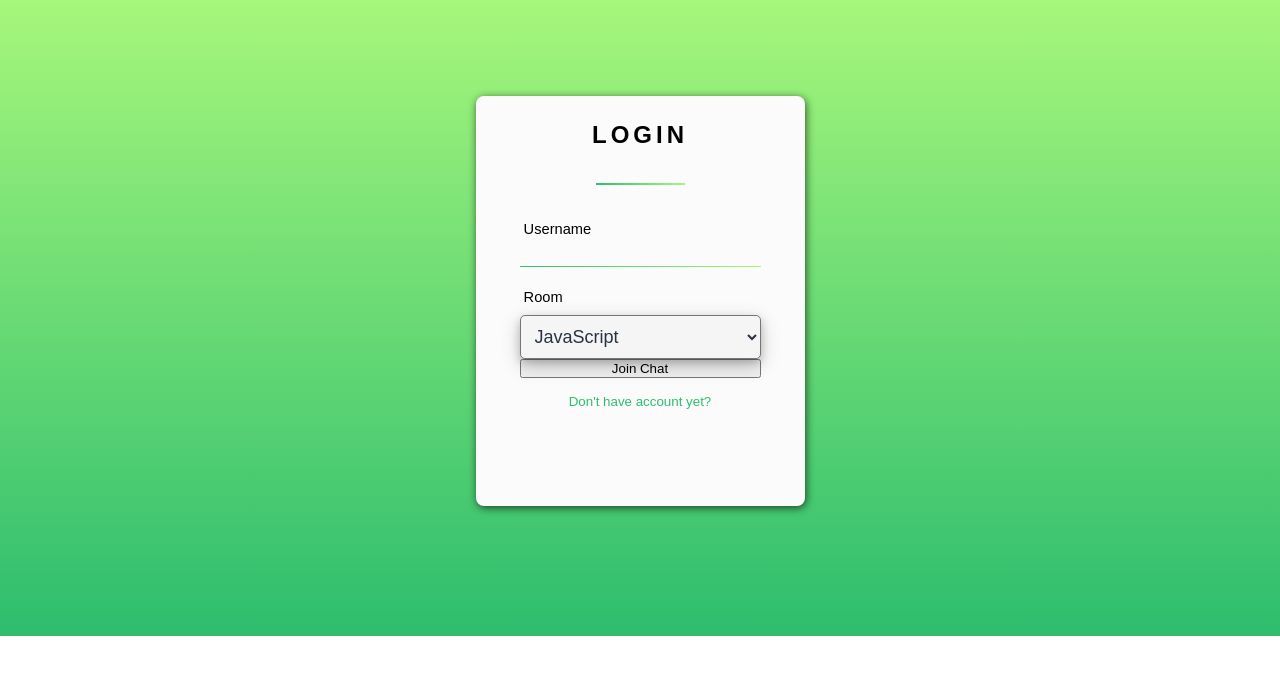
Repository: satyam12116/chat
Page: public/index.html
The author's editor kept a copy of each file at every save. The page is drawn from the files as they stood at one save, then again after a run of saves.
The browser window is 1280 px wide. The pictures show the whole page.
Some web libraries are served in a nearby version.

Above is the page before, as saved 2023-03-26 11:46:18.

After the next 2 saves:
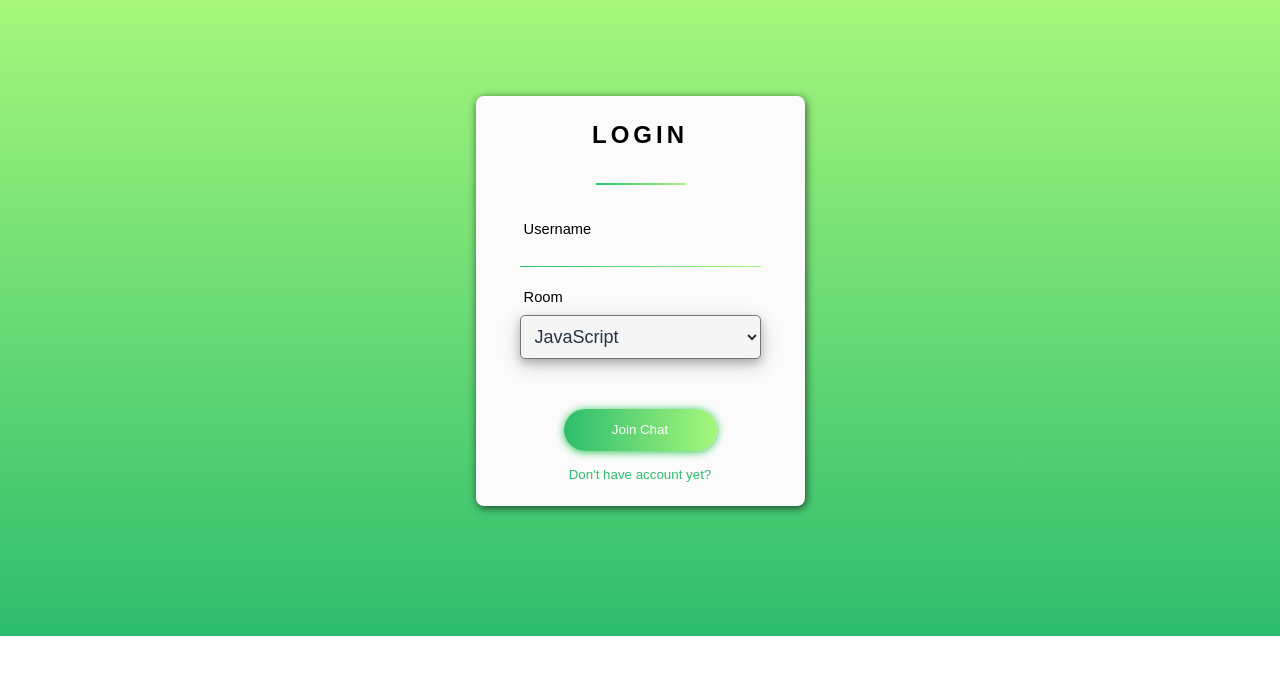
The 2 saves are shown as one change because they came seconds apart.
The last was saved 7 s later.
--- a/public/index.html
+++ b/public/index.html
@@ -73,7 +73,7 @@
 				  <legend id="forgot-pass">Forgot password?</legend>
 				</a> -->
 				<!-- <input id="submit-btn" type="submit" name="submit" value="Join Chat" /> -->
-				<button type="submit" id="">Join Chat</button>
+				<button type="submit" id="submit-btn">Join Chat</button>
 				<a href="#" id="signup">Don't have account yet?</a>
 			  </form>
 			</div>
